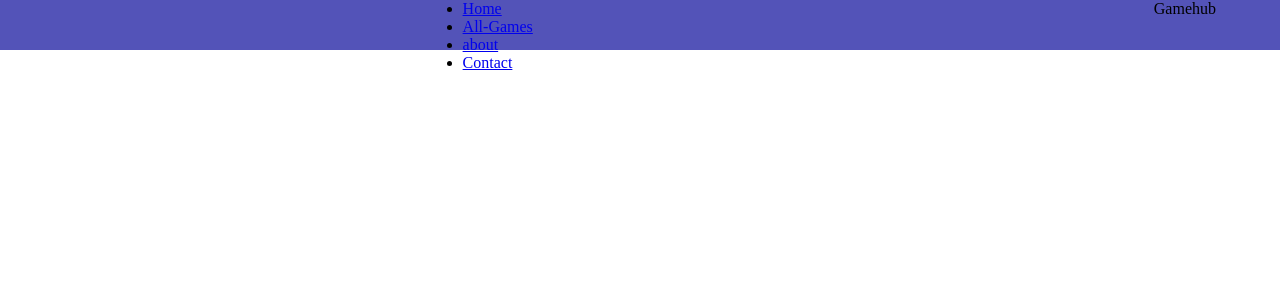
Repository: Fariaddd/New-CA-
Page: index.html
The author's editor kept a copy of each file at every save. The page is drawn from the files as they stood at one save, then again after the next save.
The browser window is 1280 px wide. The pictures show the whole page.

Above is the page before, as saved 2021-11-13 17:52:02.

After the next save:
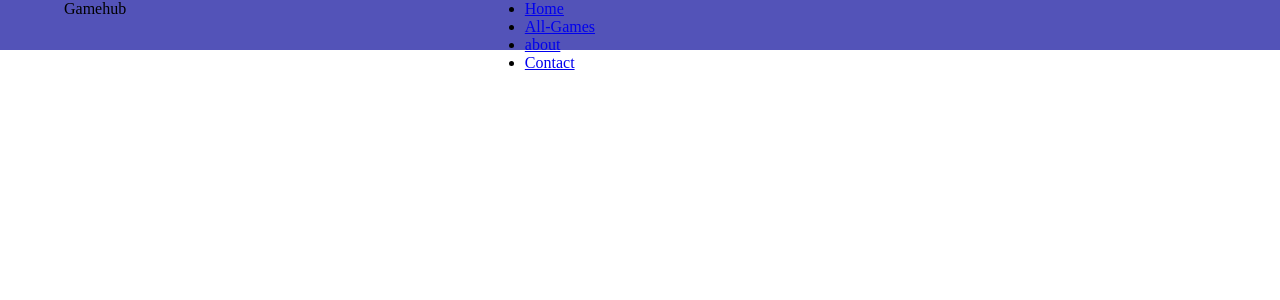
Saved 16 s later.
--- a/css/styles.css
+++ b/css/styles.css
@@ -11,7 +11,8 @@
 }
 
 nav .logo {
-  float: right;
+  float: left;
+  width: 40%;
 }
 
 nav .links {
